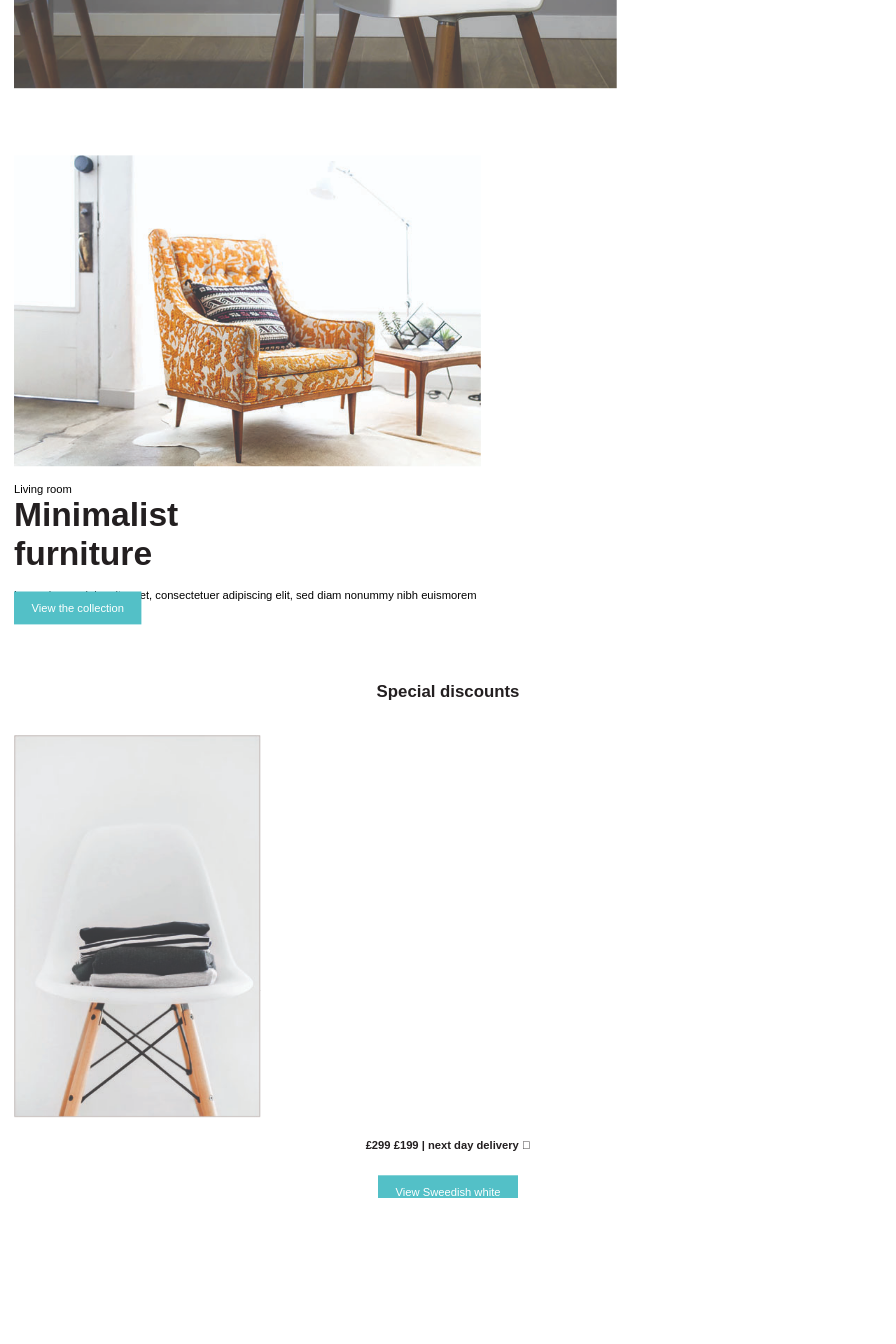
Repository: dinhhaidh/republic-web
Page: index.html
The author's editor kept a copy of each file at every save. The page is drawn from the files as they stood at one save, then again after the next save.
The browser window is 1280 px wide. The pictures show the part of the page from y = 1060 to 2980 px (the page is 2980 px tall), at 70% of full size.
Some web fonts or font styles are not loaded; a fallback is used. Some web libraries are served in a nearby version.

Above is the page before, as saved 2024-01-24 18:12:34.

After the next save:
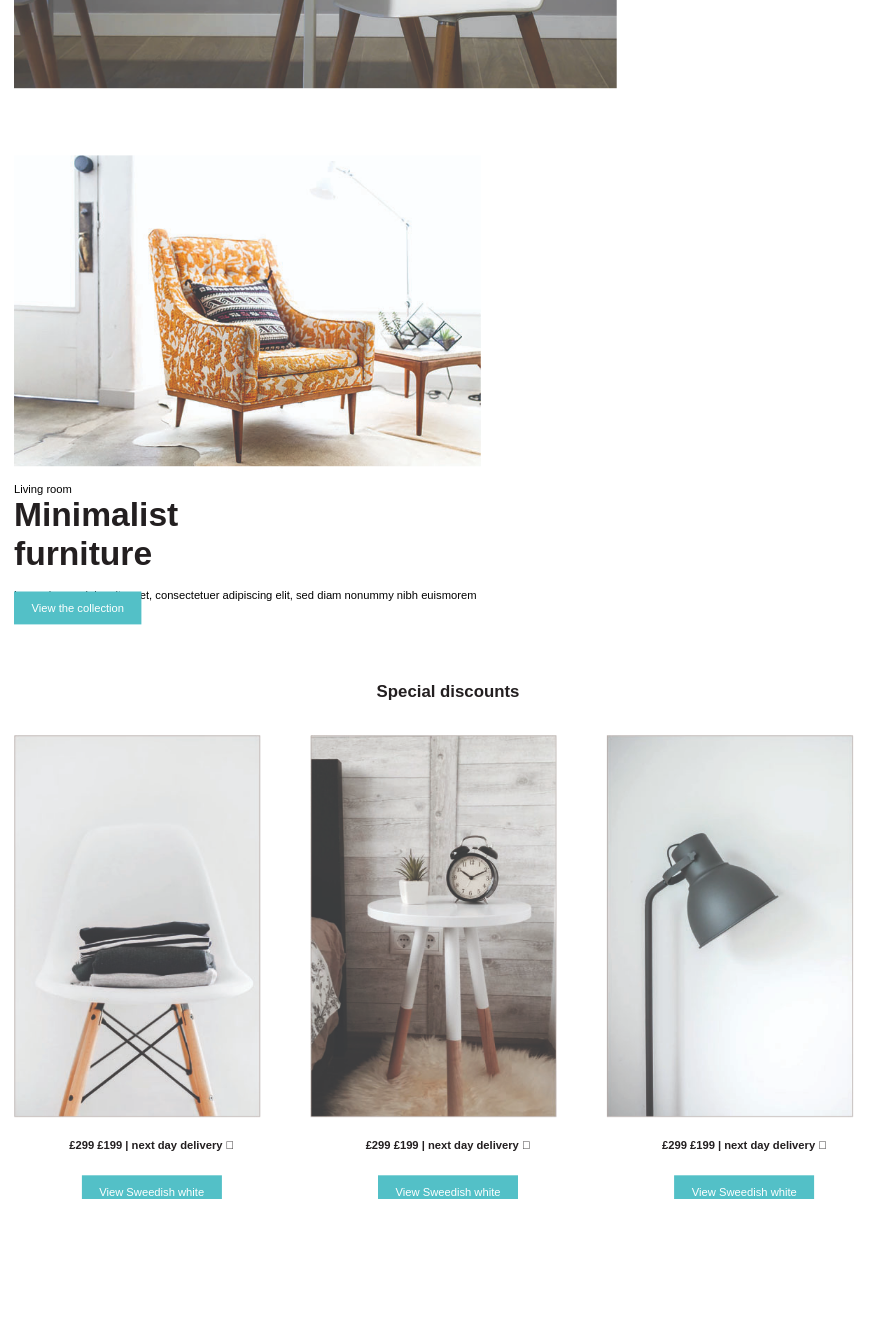
Saved 10 s later.
--- a/js/main.js
+++ b/js/main.js
@@ -33,7 +33,7 @@
 //   //
 // });
 
-var swiper = new Swiper(".lounge__swiper", {
+var swiper = new Swiper(".lounge__container", {
   slidesPerView: 3,
   spaceBetween: 30,
   freeMode: true,

After the 3 saves that followed:
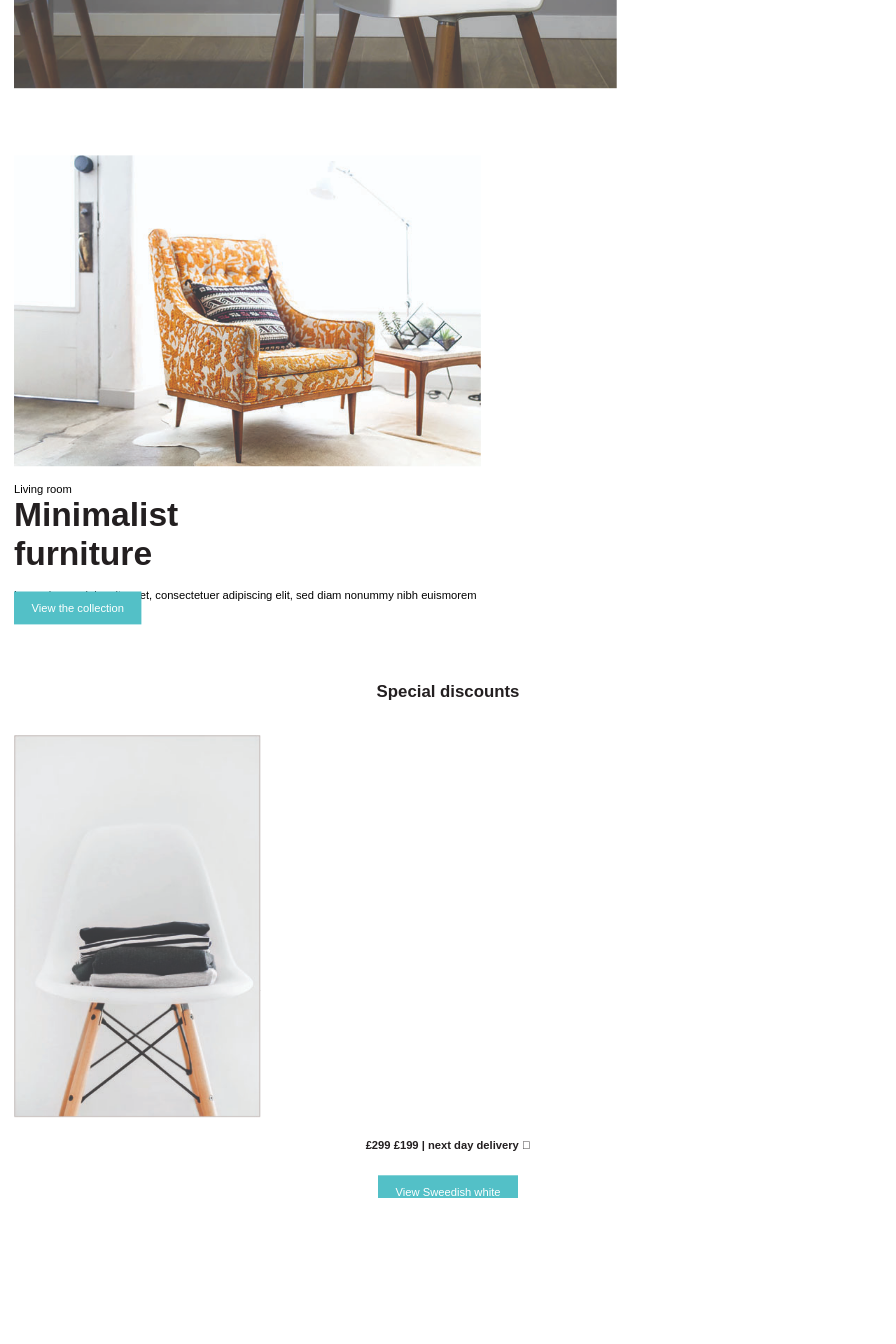
Console error: SyntaxError: Unexpected identifier 'lien'
The 3 saves are shown as one change because 1 left the picture as it was and some came seconds apart.
The last was saved 31 s later.
--- a/js/main.js
+++ b/js/main.js
@@ -34,6 +34,13 @@
 // });
 
 var swiper = new Swiper(".lounge__container", {
+  luot lien tuc
+    spaceBetween: 32,
+    grabCursor: true,
+    centeredSlides: true,
+    slidesPerView: "auto",
+    loop: true,
+
   slidesPerView: 3,
   spaceBetween: 30,
   freeMode: true,
